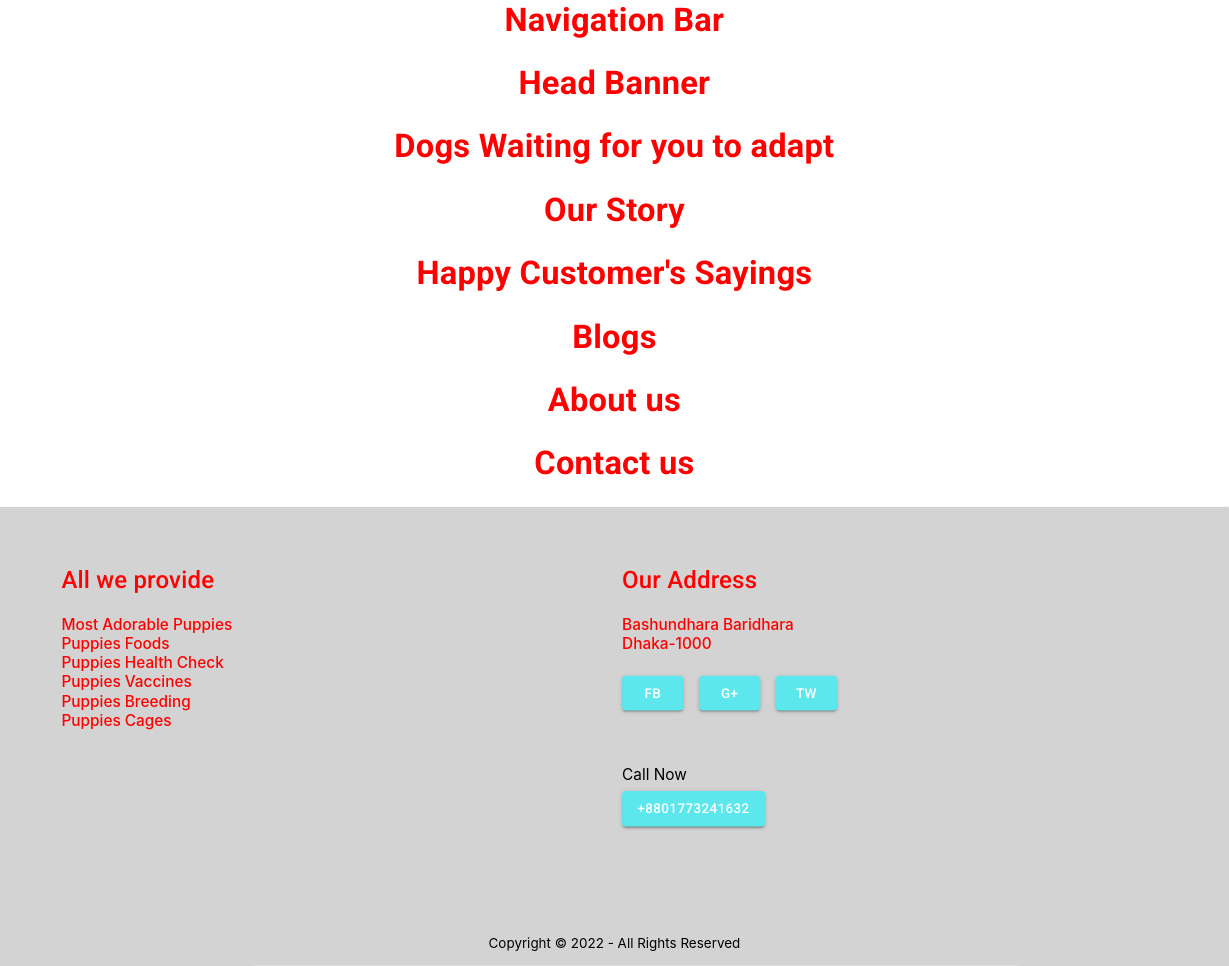
Repository: Sharif-00112/dogos-paradise-client
Page: /
An editor plug-in stored every save of this project. The page is shown before and after the next save, followed by the edit.
The browser window is 1280 px wide. The pictures show the whole page, at 96% of full size.
The page's requests for data from a server got no answer. The project was rebuilt for these pictures with package versions that can differ from the ones it lists, and the page was loaded fresh each time. Some packages were replaced by stand-ins written for this rebuild. No one was signed in, and anything a server would have sent is missing. Also part of the build but not shown: src/Pages/Login/Login/Login.js, src/Pages/Login/Register/Register.js, src/Pages/NotFound/NotFound.js.

Above is the page before, as saved 2022-11-30 22:48:38.

After the next save:
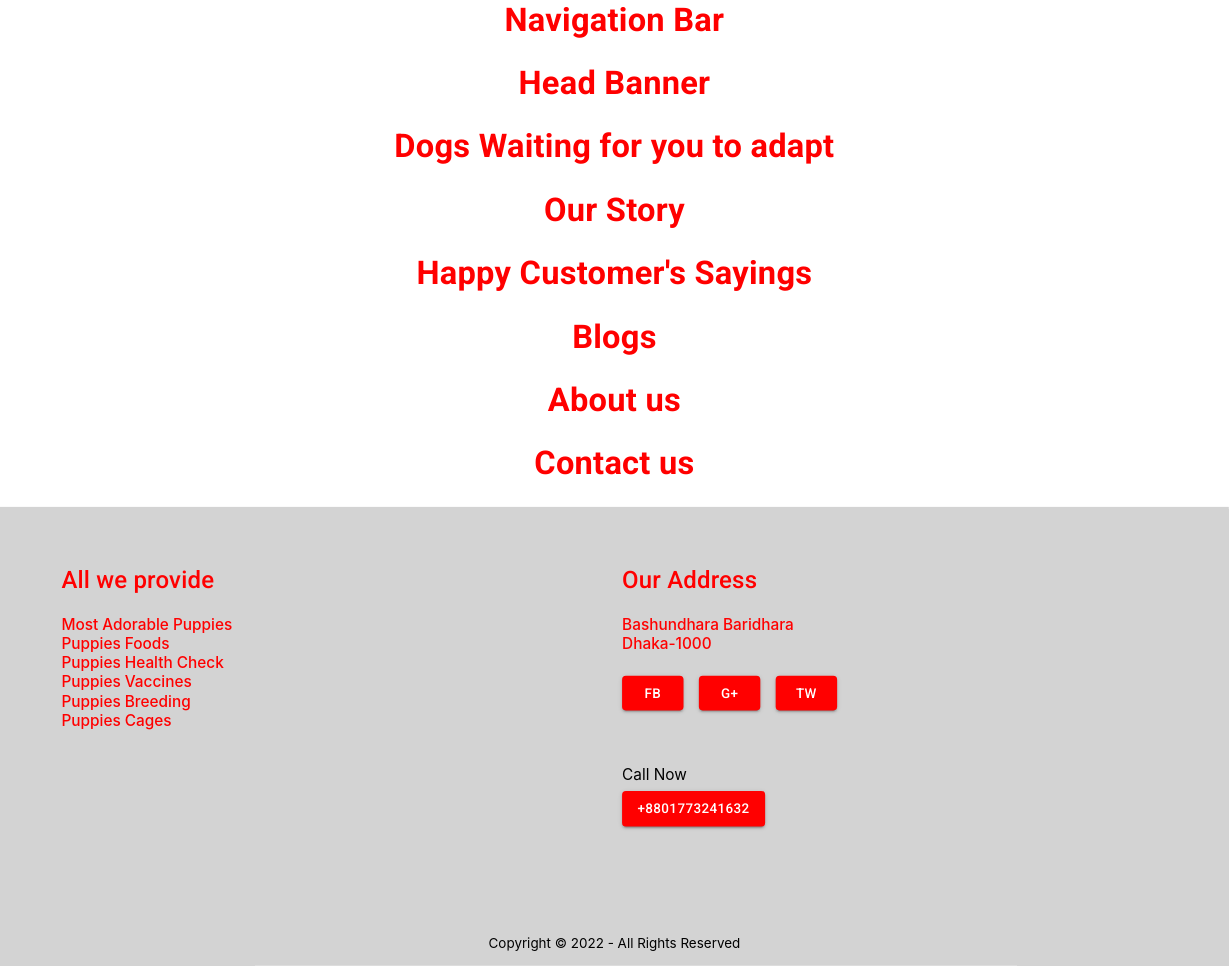
Saved 78 s later.
--- a/src/Pages/Shared/Footer/Footer.js
+++ b/src/Pages/Shared/Footer/Footer.js
@@ -63,17 +63,17 @@ const Footer = () => {
                         </Typography>
 
                         <a href="https://www.facebook.com/" target="_blank" style={{ textDecoration:'none', color:'white' }}>
-                            <Button sx={{ mt:3, mr:2 }} variant="contained" style={{backgroundColor: '#5CE7ED'}}>
+                            <Button sx={{ mt:3, mr:2 }} variant="contained" style={{backgroundColor: 'red'}}>
                                 FB
                             </Button>
                         </a>
                         <a href="https://www.google.com/" target="_blank" style={{ textDecoration:'none', color:'white' }}>
-                            <Button sx={{ mt:3, mr:2 }} variant="contained" style={{backgroundColor: '#5CE7ED'}}>
+                            <Button sx={{ mt:3, mr:2 }} variant="contained" style={{backgroundColor: 'red'}}>
                                 G+
                             </Button>
                         </a>
                         <a href="https://twitter.com/" target="_blank" style={{ textDecoration:'none', color:'white' }}>
-                            <Button sx={{ mt:3, mr:2 }} variant="contained" style={{backgroundColor: '#5CE7ED'}}>
+                            <Button sx={{ mt:3, mr:2 }} variant="contained" style={{backgroundColor: 'red'}}>
                                 TW
                             </Button>
                         </a>
@@ -82,7 +82,7 @@ const Footer = () => {
                                 Call Now
                         </Typography>
                         <a href="tel:+8801773241632" style={{ textDecoration:'none', color:'white' }}>
-                            <Button sx={{ mt:1, mr:2 }} variant="contained" style={{backgroundColor: '#5CE7ED'}}>
+                            <Button sx={{ mt:1, mr:2 }} variant="contained" style={{backgroundColor: 'red'}}>
                                 +8801773241632
                             </Button>
                         </a>
